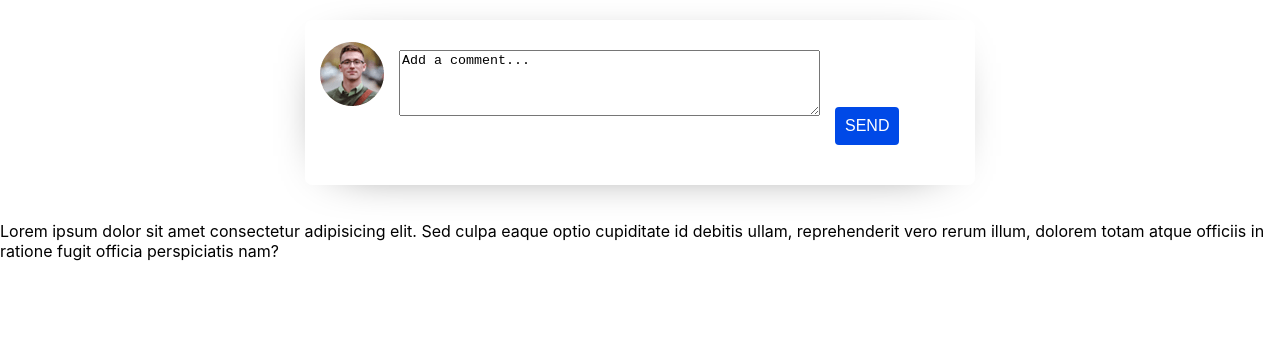
Repository: badhon252/interactive-comments-section
Page: /
An editor plug-in stored every save of this project. The page is shown before and after the next save, followed by the edit.
The browser window is 1280 px wide. The pictures show the whole page.
The project was rebuilt for these pictures with package versions that can differ from the ones it lists, and the page was loaded fresh each time.

Above is the page before, as saved 2022-01-27 21:46:12.

After the next save:
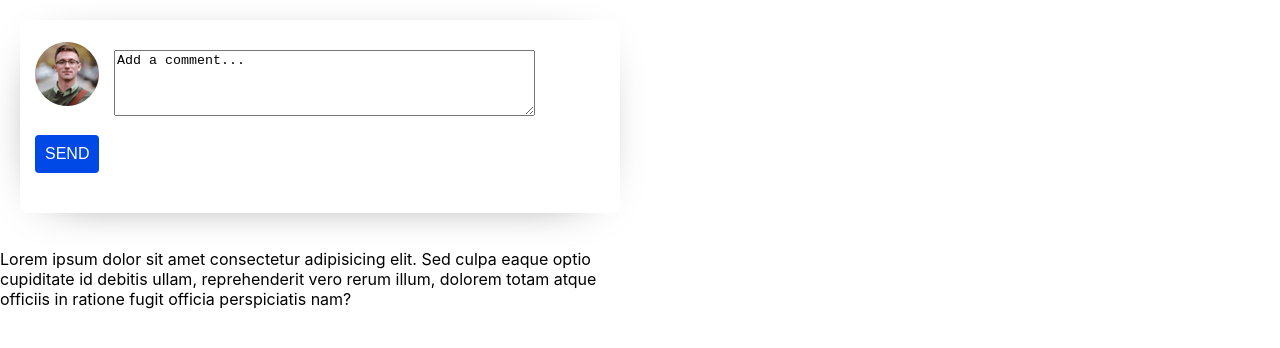
Saved 19 s later.
--- a/src/App.css
+++ b/src/App.css
@@ -1,3 +1,6 @@
+.main-div {
+  width: 40rem;
+}
 .comment {
   display: flex;
   justify-content: center;
@@ -5,7 +8,6 @@
 .comment-section {
   padding: 15px;
   margin: 20px;
-  width: 40rem;
   border-radius: 7px;
 }
 
